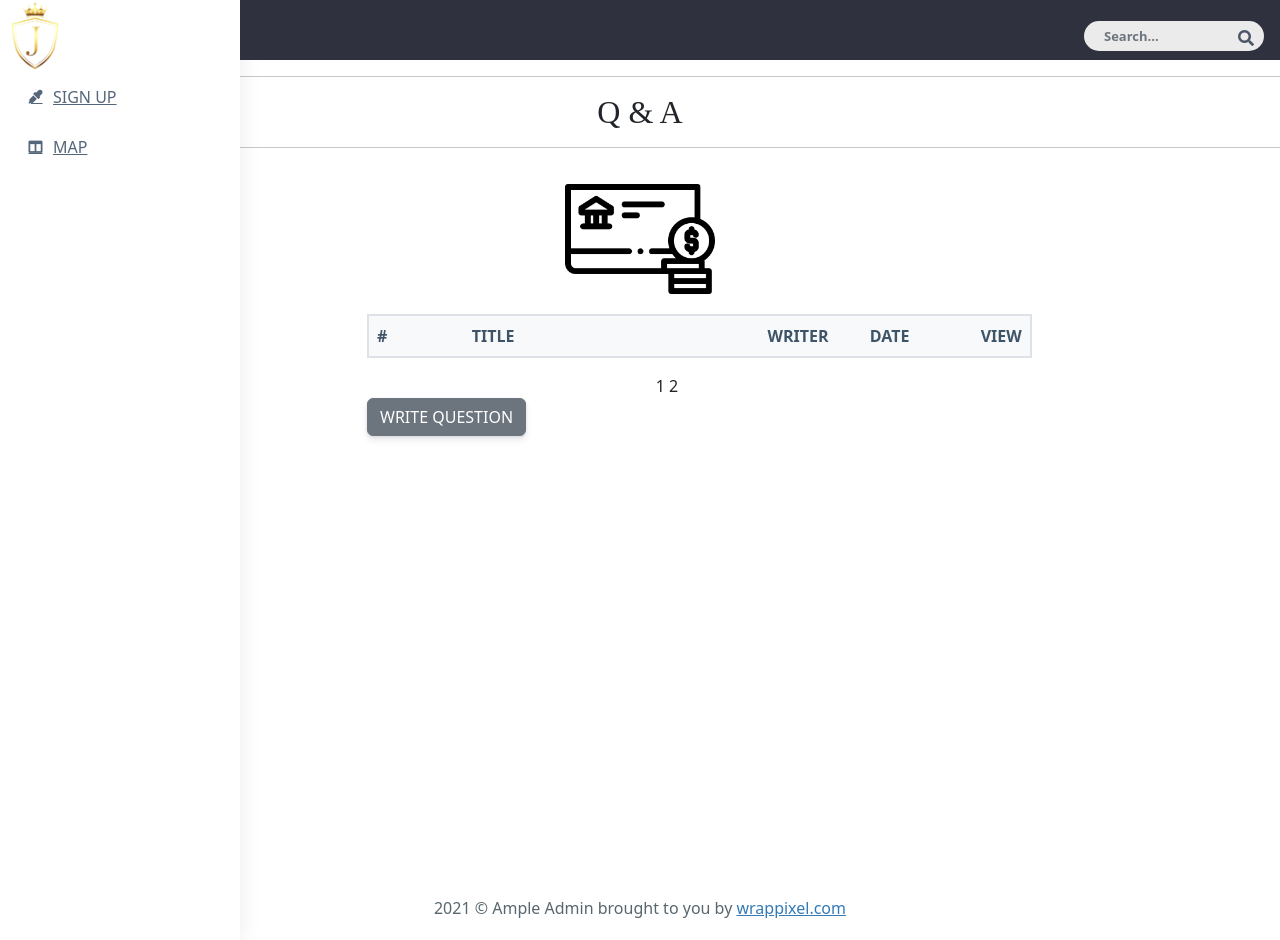
Repository: chopilyeon/HanaOpenBanking
Page: http://localhost/OpenBanking/jsp/board/boardList.jsp
The author's editor kept a copy of each file at every save. The page is drawn from the files as they stood at one save, then again after the next save.
The browser window is 1280 px wide. The pictures show the whole page.
Some web fonts or font styles are not loaded; a fallback is used. The page is served by Tomcat 9.

Above is the page before, as saved 2022-07-29 09:23:36.
Console error: TypeError: Cannot read properties of null (reading 'querySelector')

After the next save:
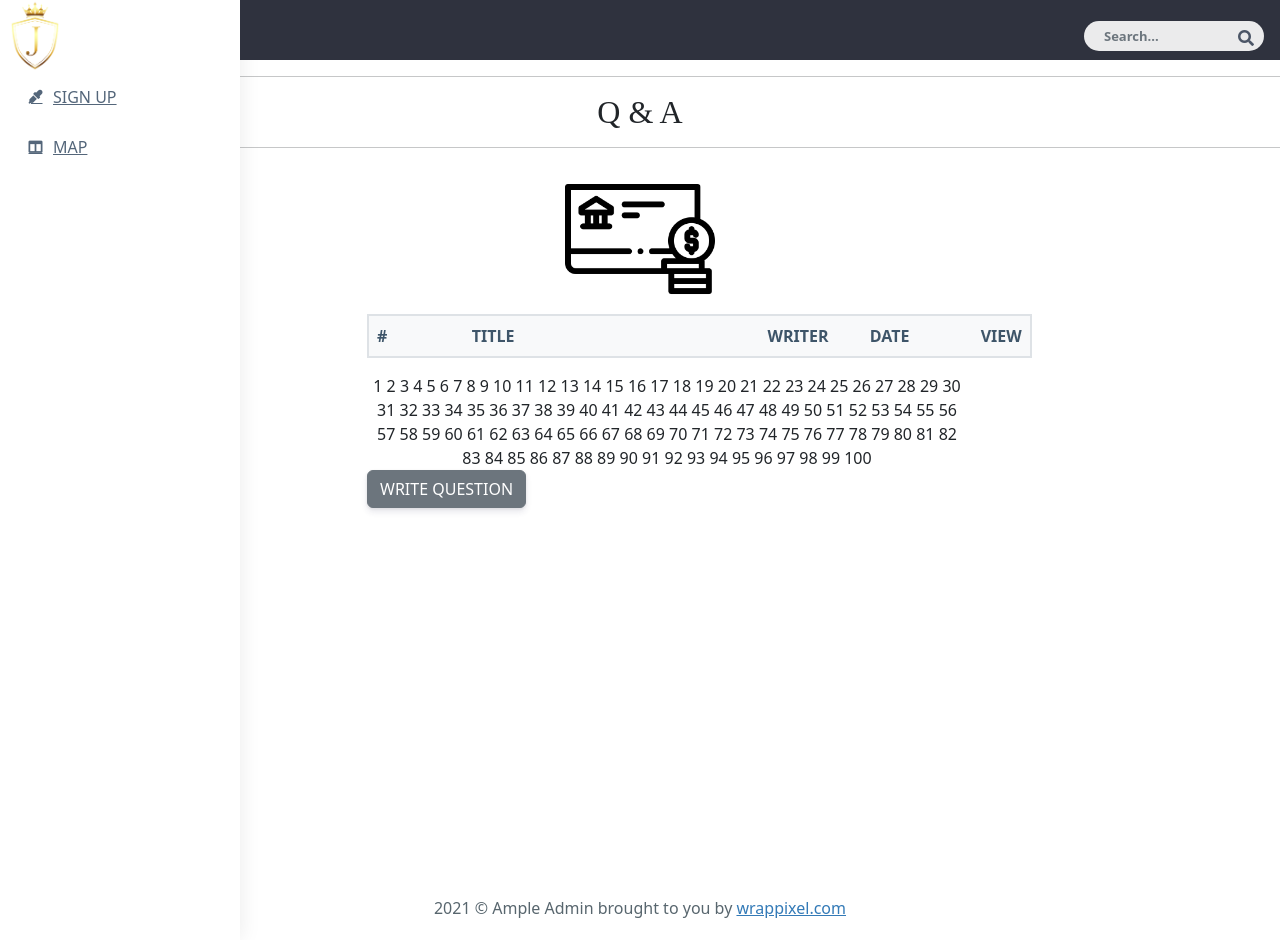
Saved 8 s later.
--- a/OpenBanking/src/main/webapp/jsp/board/boardList.jsp
+++ b/OpenBanking/src/main/webapp/jsp/board/boardList.jsp
@@ -123,7 +123,7 @@
 
 				<div style="width:600px; text-align:center;margin-top:10px;">
 				<%
-					for(int i=1; i<=2;i++){
+					for(int i=1; i<=100;i++){
 						out.print(i+" ");
 
 					}

After the save that followed:
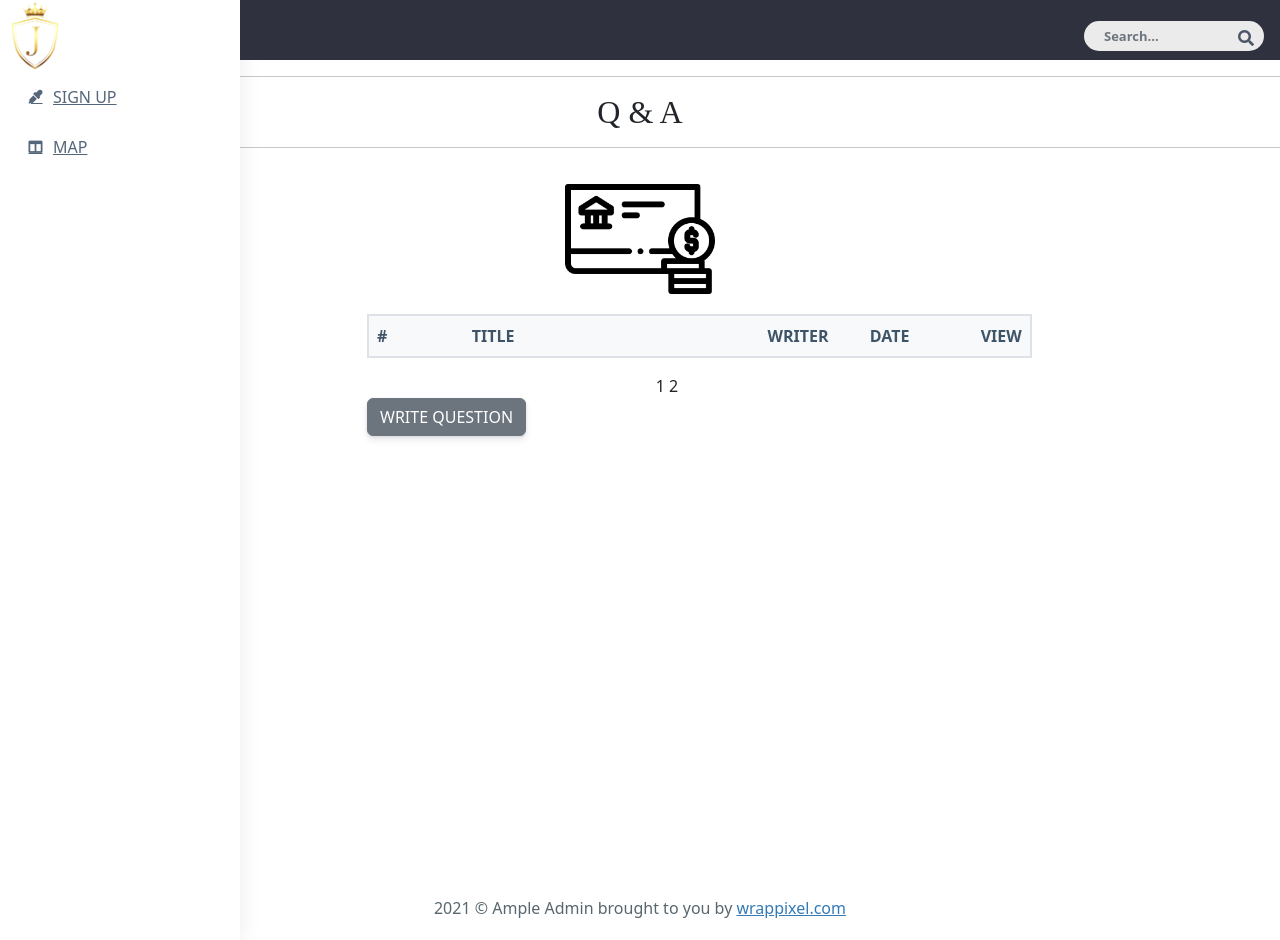
Saved 6 s later.
--- a/OpenBanking/src/main/webapp/jsp/board/boardList.jsp
+++ b/OpenBanking/src/main/webapp/jsp/board/boardList.jsp
@@ -123,7 +123,7 @@
 
 				<div style="width:600px; text-align:center;margin-top:10px;">
 				<%
-					for(int i=1; i<=100;i++){
+					for(int i=1; i<=2;i++){
 						out.print(i+" ");
 
 					}
